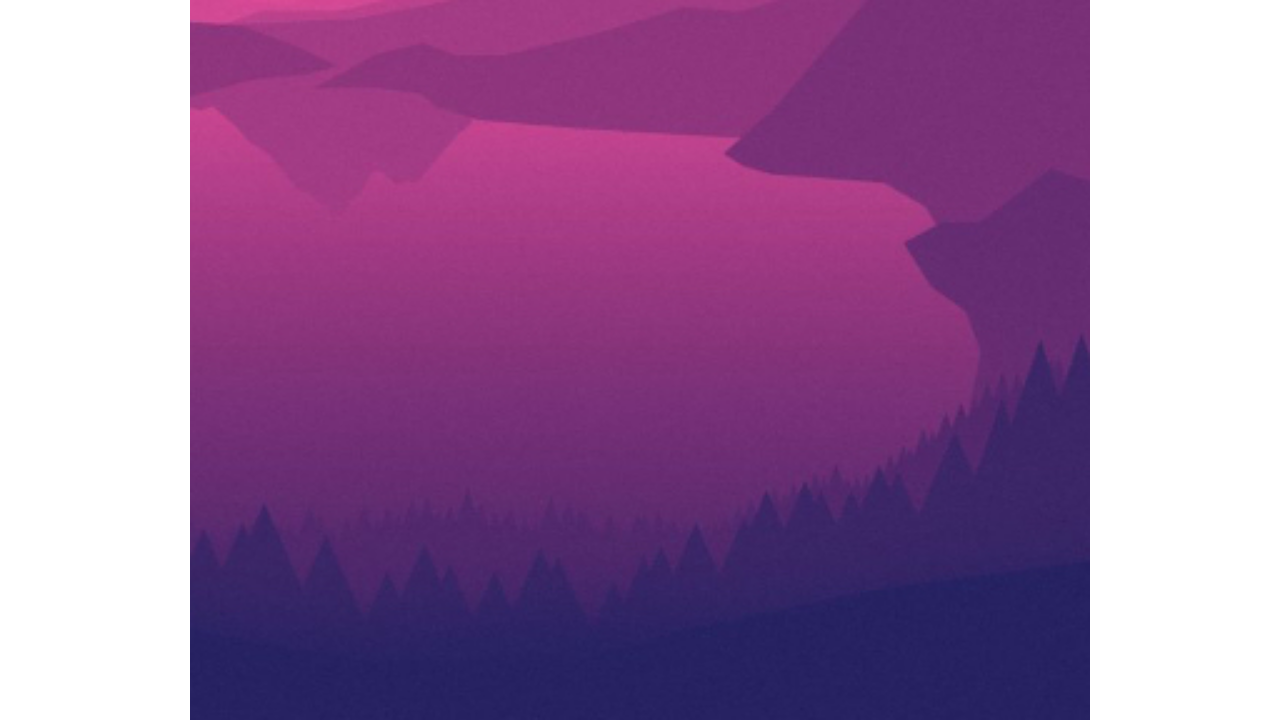
Repository: DaftyCode/weather-vue
Page: /
These files come from the project's save history. The page is drawn as it stood at one moment and after the next save; the edit follows.
The browser window is 1280 px wide. The pictures show the whole page.
The project was rebuilt for these pictures with package versions that can differ from the ones it lists, and the page was loaded fresh each time. Also part of the build but not shown: vite.config.js.

Above is the page before, as saved 2023-01-17 13:11:52.

After the next save:
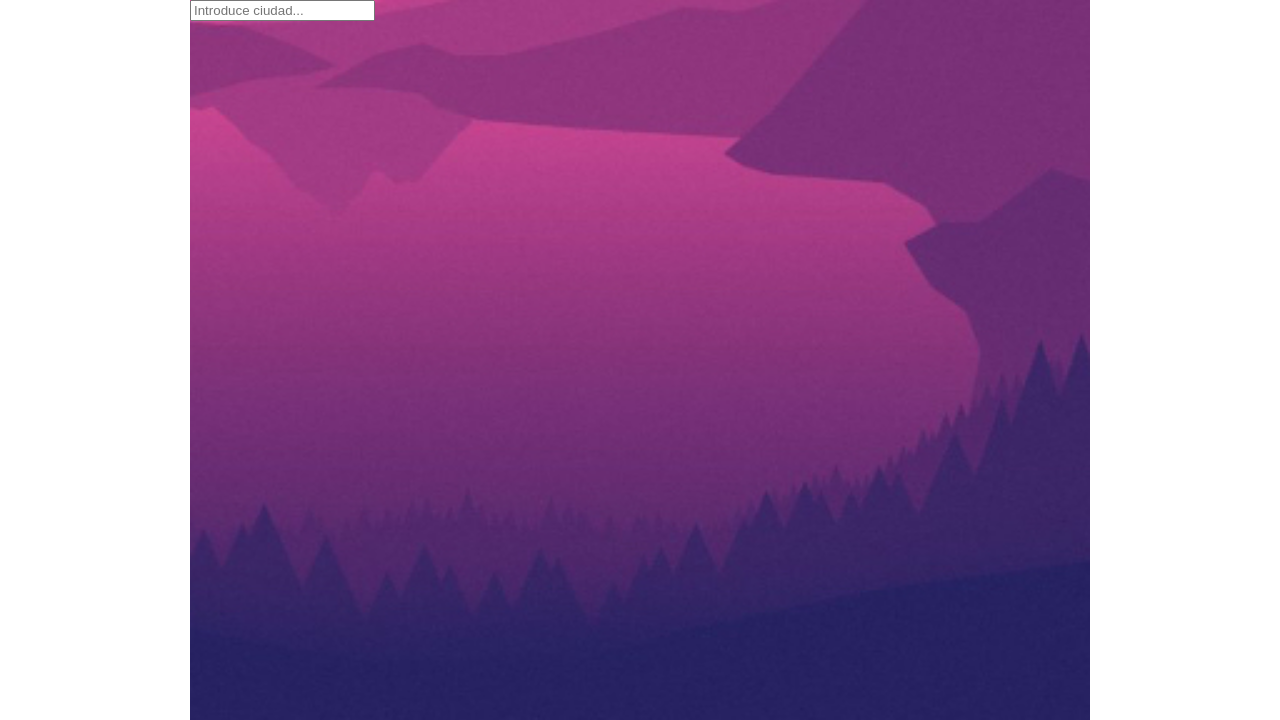
Saved 7 min 48 s later.
--- a/src/App.vue
+++ b/src/App.vue
@@ -1,7 +1,22 @@
-<script></script>
+<script>
+  export default {
+    name: 'app',
+    data() {
+      return {
+        query: '',
+      };
+    },
+  };
+</script>
 
 <template>
-  <div class="main-container"></div>
+  <div class="main-container">
+    <main>
+      <div class="search-box">
+        <input type="text" class="search-bar" placeholder="Introduce ciudad..." v-model="query" />
+      </div>
+    </main>
+  </div>
 </template>
 
 <style>
